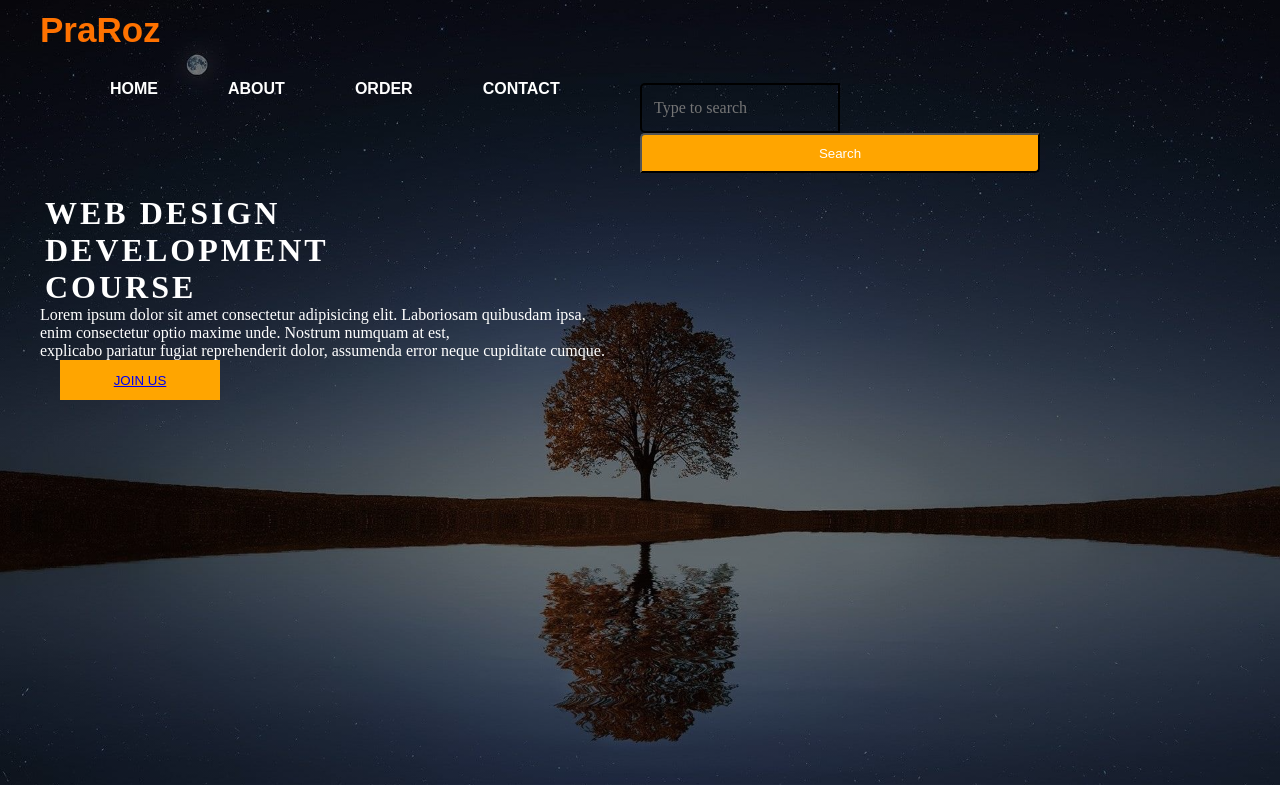
Repository: Cedrqmwesigwa/web-design-course
Page: index.html
The author's editor kept a copy of each file at every save. The page is drawn from the files as they stood at one save, then again after a run of saves.
The browser window is 1280 px wide. The pictures show the whole page.

Above is the page before, as saved 2024-04-03 20:41:37.

After the next 2 saves:
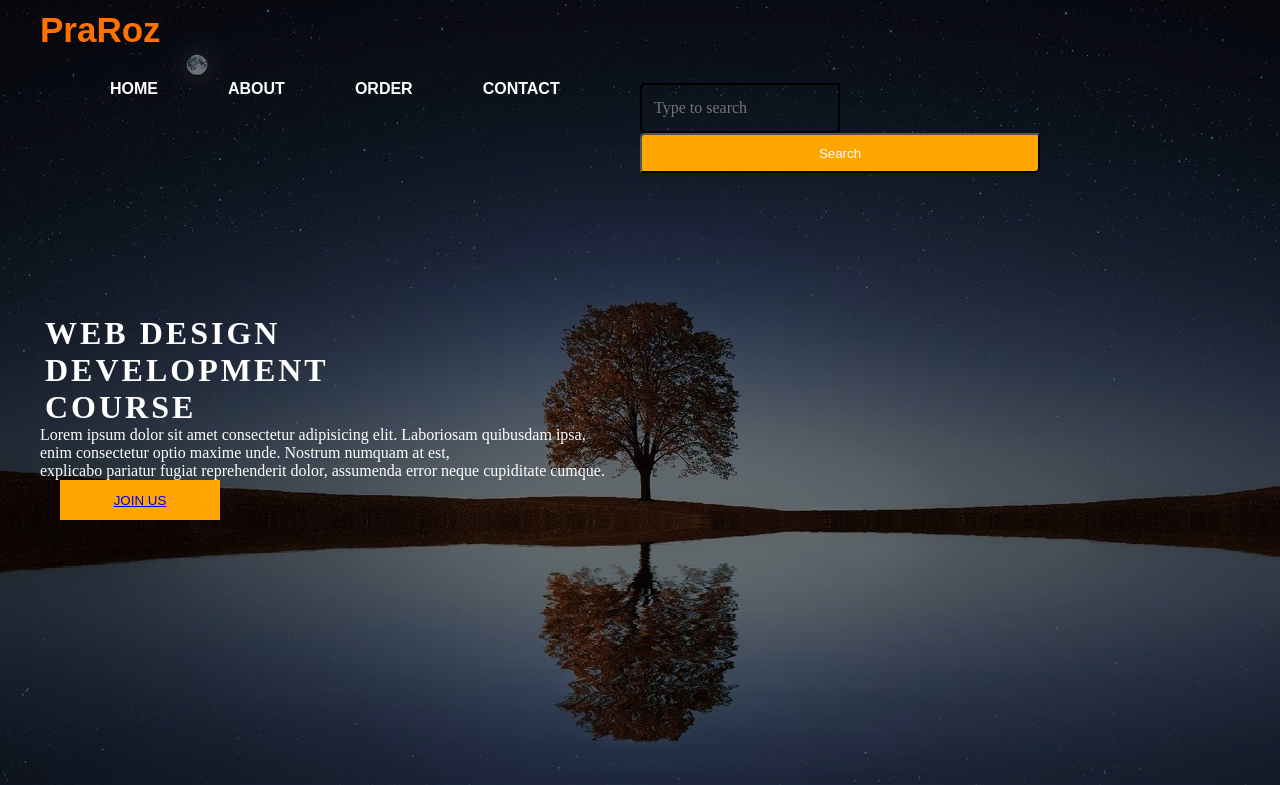
The 2 saves are shown as one change because they came seconds apart.
The last was saved 6 s later.
--- a/style.css
+++ b/style.css
@@ -119,7 +119,7 @@ ul li a:hover{
     font-family: 'Times New Roman';
     size: 100px;
     padding-left: 5px;
-    margin-top: 10%;
+    margin-top: 20%;
     letter-spacing: 3px;
 }
 
